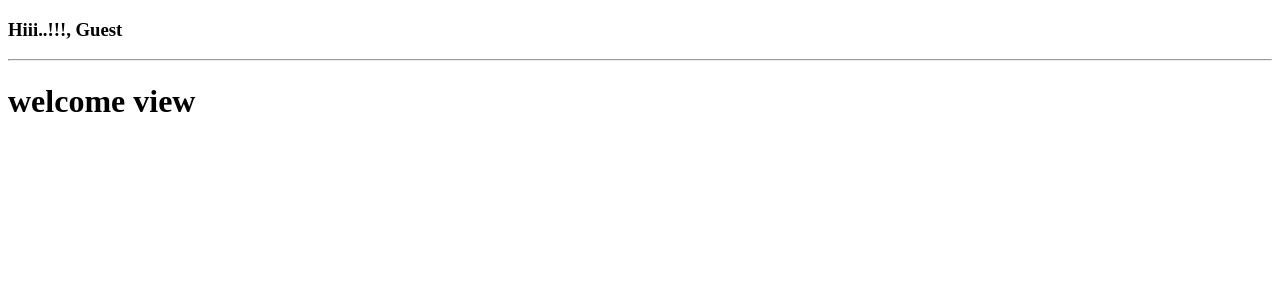
Repository: Jatdevta/AdvanceJava
Page: http://localhost/DynamicProject/Welcome.jsp
The author's editor kept a copy of each file at every save. The page is drawn from the files as they stood at one save, then again after the next save.
The browser window is 1280 px wide. The pictures show the whole page.
The page is served by Tomcat 9. Other server files are loaded and not shown.

Above is the page before, as saved 2023-08-18 11:43:53.

### Advancejava/DynamicProject/WebContent/Welcome.jsp
<%@page import="in.co.rays.model.UserModel"%>
<%@page import="java.text.SimpleDateFormat"%>
<%@page import="in.co.rays.bean.UserBean"%>
<%@ page language="java" contentType="text/html; charset=ISO-8859-1"
    pageEncoding="ISO-8859-1"%>
<!DOCTYPE html>
<html>
<head>
<meta charset="ISO-8859-1">
<title></title>
</head>
<body>

<%@ include file = "Header.jsp" %>

 <h1>welcome view</h1>


</body>
</html>

### Advancejava/DynamicProject/WebContent/Header.jsp
<%@page import="in.co.rays.model.UserModel"%>
<%@page import="in.co.rays.bean.UserBean"%>
<%@ page language="java" contentType="text/html; charset=ISO-8859-1"
	pageEncoding="ISO-8859-1"%>
<!DOCTYPE html>
<html>
<head>
<meta charset="ISO-8859-1">
<title>Insert title here</title>
</head>
<body>
	<%
		UserBean bean = (UserBean) request.getAttribute("User");
	%>

	<%
		if (bean != null) {
	%>
	<h3>
	Hi...!!!!!!

	<%=bean.getFirstName()%>
	</h3>
	<%
		} else {
	%>
	<h3>Hiii..!!!, Guest</h3>

	<%
		}
	%>
	<hr>
</body>
</html>

After the next save:
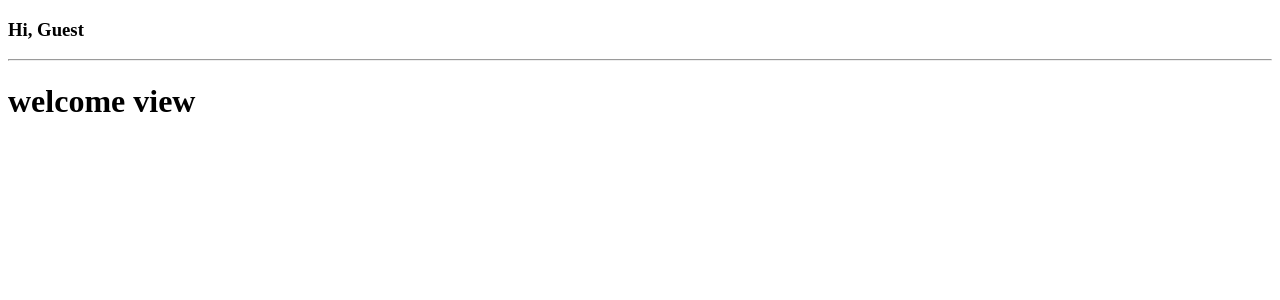
Saved 2 min 22 s later.
--- a/Advancejava/DynamicProject/WebContent/Header.jsp
+++ b/Advancejava/DynamicProject/WebContent/Header.jsp
@@ -10,25 +10,23 @@
 </head>
 <body>
 	<%
-		UserBean bean = (UserBean) request.getAttribute("User");
+		UserBean bean = (UserBean) request.getAttribute("user");
 	%>
 
 	<%
 		if (bean != null) {
 	%>
 	<h3>
-	Hi...!!!!!!
-
-	<%=bean.getFirstName()%>
-	</h3>
+		Hi,
+		<%=bean.getFirstName()%></h3>
 	<%
 		} else {
 	%>
-	<h3>Hiii..!!!, Guest</h3>
-
+	<h3>Hi, Guest</h3>
 	<%
 		}
 	%>
 	<hr>
+
 </body>
 </html>
